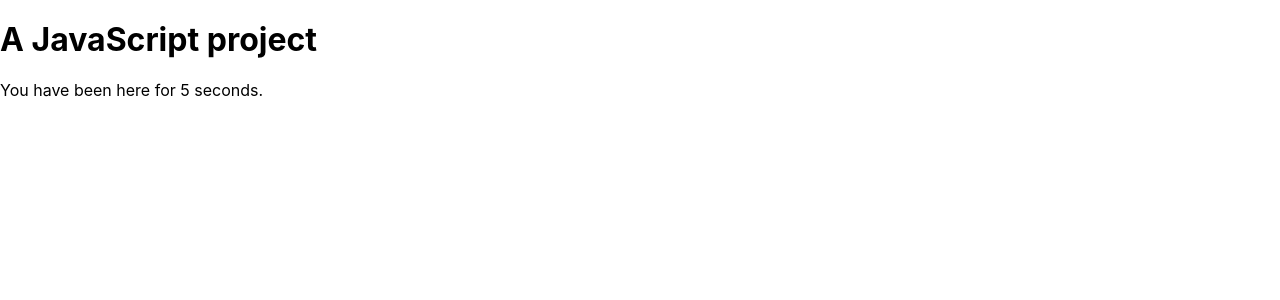
Repository: randysteele/todoapp-
Page: src/index.html
An editor plug-in stored every save of this project. The page is shown before and after the next save, followed by the edit.
The browser window is 1280 px wide. The pictures show the whole page.
The page's requests for data from a server got no answer.

Above is the page before, as saved 2021-02-09 07:46:47.
Console error: SyntaxError: Identifier 'backend_url' has already been declared

After the next save:
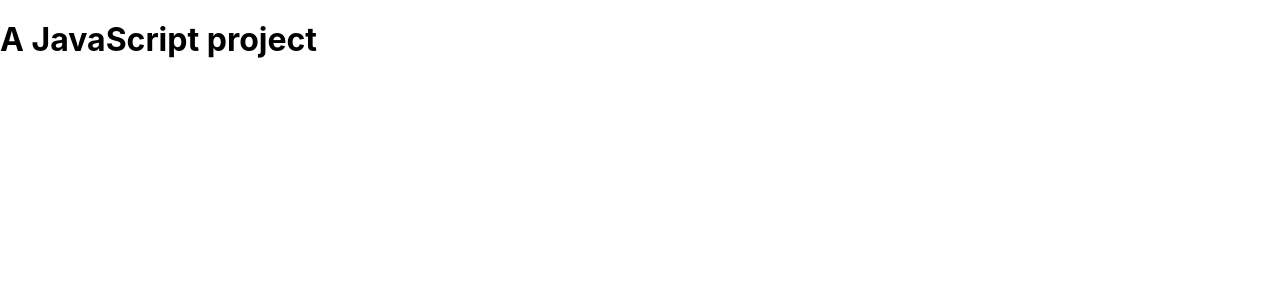
Saved 3 h 39 min later.
--- a/src/main.js
+++ b/src/main.js
@@ -17,12 +17,12 @@ function getTasks(){
   })
 }
 
-function counter() {
-  let seconds = 0;
-  setInterval(() => {
-    seconds += 1;
-    document.getElementById('app').innerHTML = `<p>You have been here for ${seconds} seconds.</p>`;
-  }, 1000);
-}
+// function counter() {
+//   let seconds = 0;
+//   setInterval(() => {
+//     seconds += 1;
+//     document.getElementById('app').innerHTML = `<p>You have been here for ${seconds} seconds.</p>`;
+//   }, 1000);
+// }
 
-counter();
+// counter();
